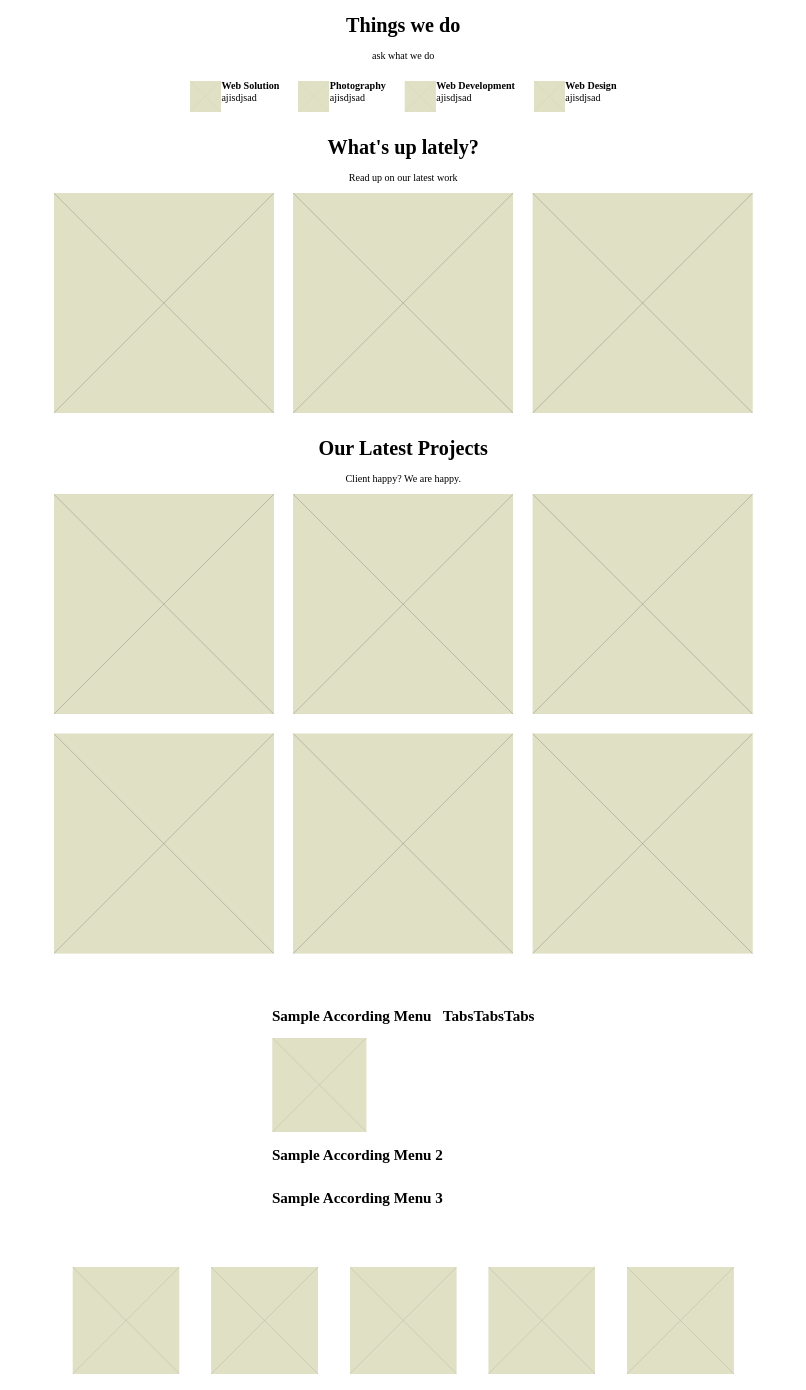
Repository: ReallyNguyen/responsive-web
Page: index.html
The author's editor kept a copy of each file at every save. The page is drawn from the files as they stood at one save, then again after the next save.
The browser window is 1280 px wide. The pictures show the whole page, at 63% of full size.

Above is the page before, as saved 2023-01-25 20:53:50.

After the next save:
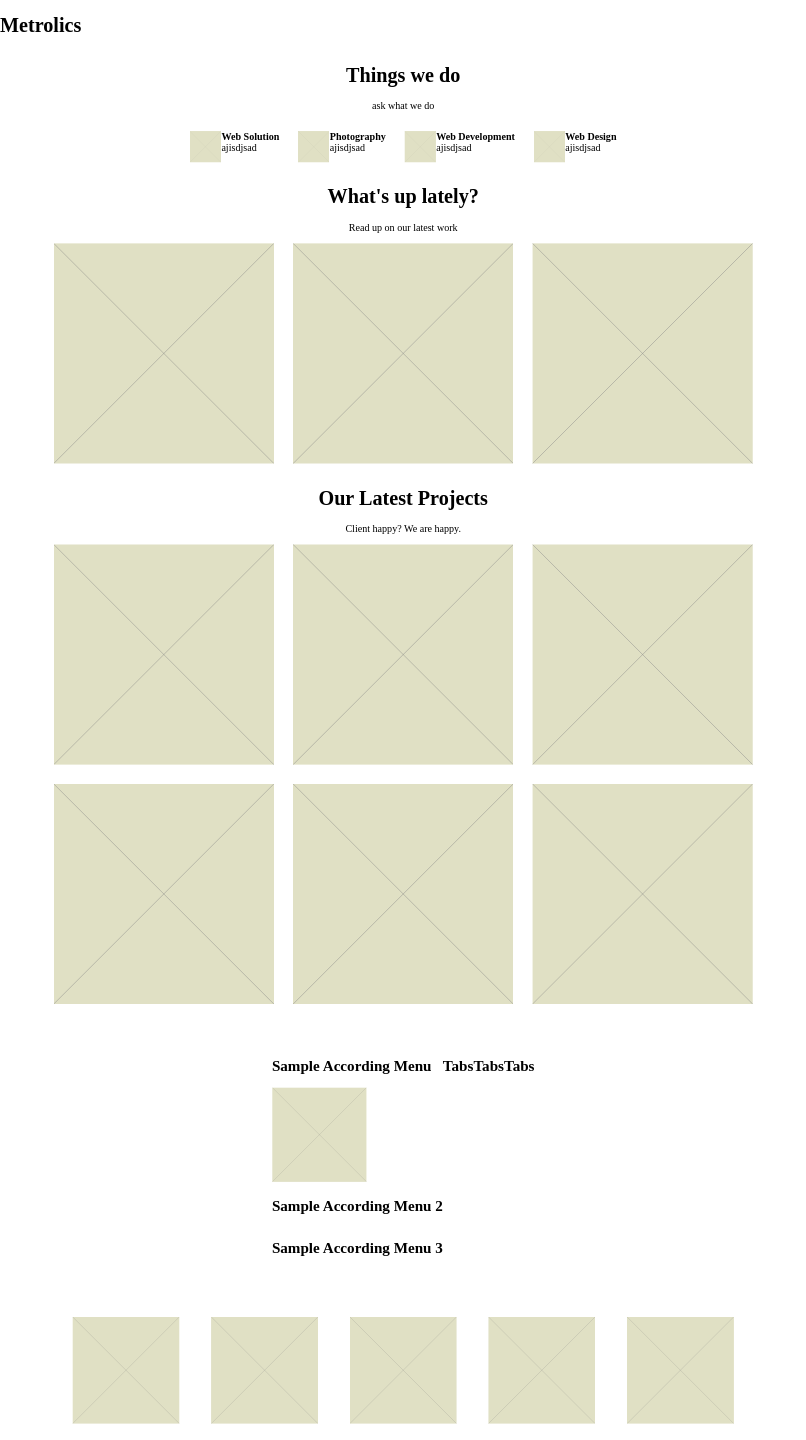
Saved 28 min 30 s later.
--- a/index.html
+++ b/index.html
@@ -23,6 +23,15 @@
 </head>
 
 <body>
+  <header>
+    <h1>Metrolics</h1>
+
+
+
+
+  </header>
+
+
 
   <article>
 
